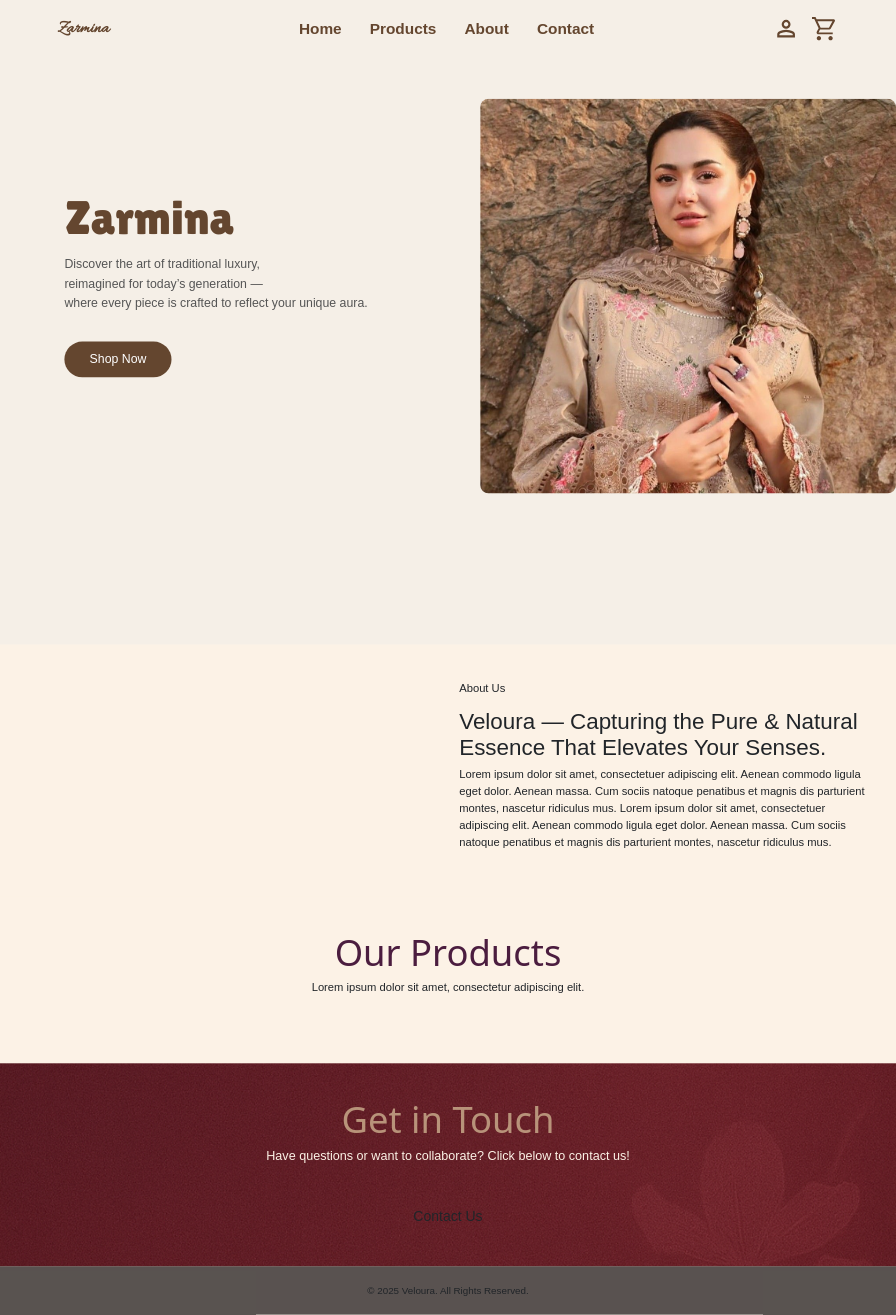
Repository: ayeshatehreem77/Clothing-store
Page: / (app in perfumes-app/)
An editor plug-in stored every save of this project. The page is shown before and after the next save, followed by the edit.
The browser window is 1280 px wide. The pictures show the whole page, at 70% of full size.
Pictures or frames that could not be fetched are drawn as grey boxes. The page's requests for data from a server got no answer. Some web fonts or font styles are not loaded; a fallback is used. The project was rebuilt for these pictures with package versions that can differ from the ones it lists, and the page was loaded fresh each time. No one was signed in, and anything a server would have sent is missing. Also part of the build but not shown: perfumes-app/src/components/Alert.js.

Above is the page before, as saved 2025-10-29 00:23:41.

### perfumes-app/public/index.html
<!DOCTYPE html>
<html lang="en">

<head>
  <meta charset="utf-8" />
  <link rel="icon" href="%PUBLIC_URL%/favicon.ico" />
  <meta name="viewport" content="width=device-width, initial-scale=1" />
  <meta name="theme-color" content="#000000" />
  <meta name="description" content="Web site created using create-react-app" />
  <link rel="apple-touch-icon" href="%PUBLIC_URL%/logo192.png" />
  <!--
      manifest.json provides metadata used when your web app is installed on a
      user's mobile device or desktop. See https://developers.google.com/web/fundamentals/web-app-manifest/
    -->
  <link rel="manifest" href="%PUBLIC_URL%/manifest.json" />

  <title>Zarmina</title>

  <link rel="preconnect" href="https://fonts.googleapis.com">
  <link rel="preconnect" href="https://fonts.gstatic.com" crossorigin>
  <link
    href="https://fonts.googleapis.com/css2?family=Allura&family=Libertinus+Serif+Display&family=Lilita+One&display=swap"
    rel="stylesheet">

</head>

<body>
  <noscript>You need to enable JavaScript to run this app.</noscript>
  <div id="root"></div>
  <!--
      This HTML file is a template.
      If you open it directly in the browser, you will see an empty page.

      You can add webfonts, meta tags, or analytics to this file.
      The build step will place the bundled scripts into the <body> tag.

      To begin the development, run `npm start` or `yarn start`.
      To create a production bundle, use `npm run build` or `yarn build`.
    -->
</body>

</html>

### perfumes-app/src/index.js
import React from 'react';
import ReactDOM from 'react-dom/client';
import './index.css';
import 'bootstrap/dist/css/bootstrap.min.css';
import 'bootstrap/dist/js/bootstrap.bundle.min.js';
import App from './App';
import reportWebVitals from './reportWebVitals';
import { AuthProvider } from './context/AuthContext';

const root = ReactDOM.createRoot(document.getElementById('root'));
root.render(
  <React.StrictMode>
    <AuthProvider>
    <App />
    </AuthProvider>
  </React.StrictMode>
);

// If you want to start measuring performance in your app, pass a function
// to log results (for example: reportWebVitals(console.log))
// or send to an analytics endpoint. Learn more: https://bit.ly/CRA-vitals
reportWebVitals();

### perfumes-app/src/context/AuthContext.js
// src/context/AuthContext.js
import React, { createContext, useState, useEffect } from "react";
import axios from "axios";

export const AuthContext = createContext();

export const AuthProvider = ({ children }) => {
  const [user, setUser] = useState(null);

  // ✅ Fetch user details from backend using token
  const fetchUser = async () => {
    const token = localStorage.getItem("token");
    if (!token) return;

    try {
      const res = await axios.get("http://localhost:4000/auth/user", {
        headers: { Authorization: `Bearer ${token}` },
      });
      setUser(res.data); // { userId, email, role }
    } catch (err) {
      console.error("Failed to fetch user:", err);
      localStorage.removeItem("token");
      setUser(null);
    }
  };

  // ✅ Auto-fetch user on first render (if token exists)
  useEffect(() => {
    fetchUser();
  }, []);

  // ✅ Handle login
  const login = async (email, password) => {
    try {
      const res = await axios.post("http://localhost:4000/auth/login", {
        email,
        password,
      });

      // backend returns { authToken: "..." }
      const token = res.data.authToken;
      if (!token) throw new Error("No token returned");

      localStorage.setItem("token", token);
      await fetchUser(); // instantly update user

      return true; // success
    } catch (err) {
      console.error("Login error:", err.response?.data || err.message);
      throw err.response?.data?.message || "Login failed";
    }
  };

  // ✅ Handle logout
  const logout = () => {
    localStorage.removeItem("token");
    setUser(null);
  };

  return (
    <AuthContext.Provider value={{ user, login, logout, fetchUser }}>
      {children}
    </AuthContext.Provider>
  );
};

### perfumes-app/src/App.css
body {
  font-family: 'Poppins', sans-serif;
  background-color: #FCF2E6;
}

html {
  scroll-behavior: smooth;
}


.veloura-logo {
  font-family: "Allura", cursive;
  font-weight: 400;
  font-style: normal;
  font-size: 25px;
  color: #64462F !important;
}

.navbar {
  background: transparent !important;
}

button.navbar-toggler {
  border: none !important;
}

.navbar-toggler-icon {
  background-image: url("data:[embedded picture, 222 characters]");
}



.nav-link {
  color: #64462F !important;
  font-size: 22px;
  font-weight: 600;
}

.hero-section {
  background-color: #f5efe7;
  min-height: 100vh;
  display: flex;
  flex-direction: column;
  font-family: "Poppins", sans-serif;
}

/* =============== HERO LAYOUT =============== */
.hero-layout {
 display: flex;
    justify-content: center;
    align-items: flex-start;
    width: 100%;
    max-width: 1400px;
    height: 100vh;
    margin: 60px 0;

}

/* ---------- Left Section ---------- */
.hero-left {
    flex: 1 1;
    position: relative;
    margin: 133px 0px 0 92px;
}

.main-image {
  width: 100%;
  height: 564px;
  border-radius: 12px;
  overflow: hidden; /* ✅ ensures image stays inside box */
  position: relative;
  background-color: #93c5fd;
}

/* Make image fill box properly */
.main-image img {
  width: 100%;
  height: 100%;
  object-fit: cover; /* ✅ maintains aspect ratio without stretching */
  object-position: center;
  display: block;
}


.side-handle {
  position: absolute;
  left: -50px;
  bottom: 50%;
  transform: rotate(-90deg);
  font-size: 14px;
  color: #555;
  letter-spacing: 2px;
}

/* ---------- Right Section ---------- */
.hero-right {
  flex: 1;
  display: flex;
  flex-direction: column;
  justify-content: space-between;
  gap: 2rem;
}

/* Text Area */
.hero-text h2 {
  font-size: 1.6rem;
  color: #6c6c6c;
  margin-bottom: 5px;
  letter-spacing: 2px;
}

.hero-text h1 {
  font-family: "Lilita One", sans-serif;
  font-weight: 400;
  font-style: normal;
  font-size: 4.2rem;
  color: #64462F;
  line-height: 1.1;
}

.hero-text p {
  font-size: 1.1rem;
  color: #555;
  margin-top: 15px;
  line-height: 1.6;
}

.shop-btn {
  background-color: #64462F;
  color: white;
  border: none;
  padding: 12px 36px;
  border-radius: 40px;
  font-size: 1.1rem;
  margin-top: 25px;
  cursor: pointer;
  transition: background-color 0.3s ease;
}

.shop-btn:hover {
  background-color: #a3846d;
}

/* Small Image Grid */
.image-grid {
  display: grid;
  grid-template-columns: repeat(2, 1fr);
  gap: 20px;
}

.small-box {
  height: 200px;
  background-color: #93c5fd;
  border-radius: 12px;
}

/* =============== RESPONSIVE DESIGN =============== */
@media (max-width: 992px) {
  .hero-layout {
    flex-direction: column;
    text-align: center;
  }

  .side-handle {
    display: none;
  }

  .hero-text h1 {
    font-size: 3rem;
  }

  .main-image {
    height: 400px;
  }
}


.products-section h2 {
  font-family: "Libertinus Serif Display", system-ui;
  font-weight: 400;
  font-style: normal;
  font-size: 52px;
  color: #4B1D3F;
}

.product-card {
  transition: all 0.3s ease-in-out;
  border-radius: 10px;
  background: transparent;
}

.card-img {
  border-radius: 10px;
  /* background: #FCF2E6; */
  background: #4B1D3F;
}

.product-card:hover {
  transform: translateY(-5px);
}

.card-text,
.card-title {
  font-size: 23px;
  color: #4B1D3F;
}

/* about us */

.aboutus {
  display: grid;
  grid-template-columns: 1fr 1fr;
  gap: 2rem;
  align-items: center;
  padding: 2rem;
  background: #FCF2E6;
}

.right-section video {
  width: 70%;
  max-height: 80vh;
  height: 100%;
  object-fit: cover;
  display: block;
}

/* product details */


.modal-header p {
  font-size: 14px;
  color: #451b277a;
}

.product-img {
  width: 100%;
  border-radius: 10px;
}

.product-title {
  font-family: "Libertinus Serif Display", system-ui;
  font-weight: 400;
  font-style: normal;
  font-size: 36px;
  color: #4B1D3F;
}



.modal-content {
  background: #FCF2E6 !important;
  margin: auto !important;
  height: 98vh;
  overflow: hidden;
}

.breadcrumb-item a {
  text-decoration: none !important;
  color: black !important;
}

.modal-dialog {
  max-width: 900px;
  display: flex;
  align-items: center;
  justify-content: center;
  min-height: calc(100vh - 2rem); /* keeps it centered */
}

/* Optional - pretty scrollbar inside modal */
.modal-content::-webkit-scrollbar {
  width: 8px;
}
.modal-content::-webkit-scrollbar-thumb {
  background: #d4b191;
  border-radius: 10px;
}
.modal-content::-webkit-scrollbar-thumb:hover {
  background: #b8937a;
}

.modal-body {
  padding: 2rem !important;
}

.gender,
.concentration {
  background-color: #D4B191;
  border-radius: 21%;
  padding: 6px 11px;
  margin-bottom: 5px;
}

.add-cart-btn {
  margin-top: 1rem;
  background-color: #D4B191;
  padding: 10px 25px;
  color: #451B27;
  font-weight: 600;
}

.product-detail {
  margin-top: 0;
  margin-bottom: 1rem;
  font-size: 13px;
  color: #8b745e;
}

.btn-close:focus {
  box-shadow: none !important;
  outline: none !important;
}

/* contact us */

.contact-us {
  background-image: url("Assets/contactus2-bg.png");
  background-position: center;
  background-repeat: no-repeat;
  background-size: cover;
}

.contact-section h2 {
  font-family: "Libertinus Serif Display", system-ui;
  font-weight: 400;
  font-style: normal;
  font-size: 52px;
  color: #b8937a;
  text-align: center;
}

.contact-section p {
  font-size: 18px;
  color: #FCF2E6;
  /* accent purple */
  margin-bottom: 3rem;
  text-align: center;
}

.contact-form {
  max-width: 600px;
  margin: 0 auto;
  display: grid;
  gap: 1.5rem;
}

.contact-form input,
.contact-form textarea {
  padding: 1rem 1.2rem;
  border: 2px solid #D4B191;
  /* brand pink/gold */
  border-radius: 10px;
  font-size: 16px;
  width: 100%;
  outline: none;
  transition: border 0.3s, box-shadow 0.3s;
}

.contact-form input:focus,
.contact-form textarea:focus {
  border-color: #5E1E27;
  /* pink highlight */
  box-shadow: 0 0 10px rgba(252, 65, 90, 0.2);
}

.contact-form button {
  background-color: #D4B191;
  color: #451B27;
  padding: 1rem 2.5rem;
  font-size: 18px;
  font-weight: 600;
  border: none;
  border-radius: 10px;
  cursor: pointer;
  transition: transform 0.3s, background 0.3s;
}

.contact-form button:hover {
  background-color: #5E1E27;
  color: #fff;
  transform: scale(1.05);
}

/* Responsive */
@media (max-width: 768px) {
  .contact-form {
    gap: 1rem;
  }

  .contact-section h2 {
    font-size: 36px;
  }

  .contact-section p {
    font-size: 16px;
  }
}

/* Copyright */

footer {
  position: relative;
  bottom: 0;
  width: 100%;
  background-color: #0b0708ac;
}

/* login modal */

.auth-modal-content {
  background-color: #fdf7f2 !important;
  border-radius: 16px;
  border: none;
  box-shadow: 0 4px 20px rgba(0, 0, 0, 0.1);
  height: 90vh !important;
  width: 70%;
}

.auth-title {
  color: #4c0d23;
  font-weight: 700;
}

.auth-login-btn {
  background-color: #4c0d23;
  color: #fff;
  border-radius: 12px;
  transition: background-color 0.3s ease;
}

.auth-login-btn:hover {
  background-color: #300818;
}

.auth-signup-btn {
  border: 2px solid #b8860b;
  color: #b8860b;
  border-radius: 12px;
  background-color: transparent;
  transition: all 0.3s ease;
}

.auth-signup-btn:hover {
  background-color: #b8860b;
  color: #fff;
}

.auth-forgot-link {
  color: #4c0d23;
  text-decoration: none;
  font-weight: 500;
}

.auth-forgot-link:hover {
  text-decoration: underline;
}

.authfade-enter {
  opacity: 0;
  transform: translateY(10px);
}
.authfade-enter-active {
  opacity: 1;
  transform: translateY(0);
  transition: opacity 300ms ease, transform 300ms ease;
}
.authfade-exit {
  opacity: 1;
  transform: translateY(0);
}
.authfade-exit-active {
  opacity: 0;
  transform: translateY(-10px);
  transition: opacity 300ms ease, transform 300ms ease;
}

### perfumes-app/src/components/Aboutus.js
import React, { useEffect, useRef } from 'react';

function Aboutus() {
  const videoRef = useRef(null);

  useEffect(() => {
    if (videoRef.current) {
      const playPromise = videoRef.current.play();
      if (playPromise !== undefined) {
        playPromise.catch((error) => {
          console.log("Autoplay prevented:", error);
        });
      }
    }
  }, []);

  return (
    <div id='about' className="aboutus" style={{  }}>
      <div className="right-section">
        <video
          ref={videoRef}
          autoPlay
          muted
          loop
          playsInline
          style={{ width: "100%", height: "auto", borderRadius: "12px", objectFit: "cover" }}
        >
          <source src="/assets/aboutusvideo.mp4" type="video/mp4" />
          Your browser does not support the video tag.
        </video>
      </div>
      <div className="left-section">
        <p>About Us</p>
        <h2>
          Veloura — Capturing the Pure & Natural Essence That Elevates Your Senses.
        </h2>
        <p>Lorem ipsum dolor sit amet, consectetuer adipiscing elit. Aenean commodo ligula eget dolor. Aenean massa. Cum sociis natoque penatibus et magnis dis parturient montes, nascetur ridiculus mus. Lorem ipsum dolor sit amet, consectetuer adipiscing elit. Aenean commodo ligula eget dolor. Aenean massa. Cum sociis natoque penatibus et magnis dis parturient montes, nascetur ridiculus mus. </p>
      </div>
    </div>
  );
}

export default Aboutus;

### perfumes-app/src/components/ContactForm.js
import React from 'react'

function ContactForm() {
  return (
    <div className='contact-us align-center text-center'>
        <div className='contact-section pt-5'>
      <h2>
        Get in Touch
      </h2>
      <p>
        Have questions or want to collaborate? Click below to contact us!
      </p>
        </div>
      <button
        type="button"
        className="btn btn-lg shopnow-btn mb-5 mt-0"
        data-bs-toggle="modal"
        data-bs-target="#contactModal"
      >
        Contact Us
      </button>
    </div>
  )
}

export default ContactForm

### perfumes-app/src/components/Footer.js
import React from "react";

function Footer() {
  const year = new Date().getFullYear();

  return (
    <footer
      className="text-center py-4"
    >
      <p style={{ margin: 0, fontSize: "14px" }}>
        &copy; {year} Veloura. All Rights Reserved.
      </p>
    </footer>
  );
}

export default Footer;

### perfumes-app/src/components/Hero.js
import React from "react";
import Navbar from "./Navbar";

function Hero() {
  return (
    <div className="hero-section">
      <Navbar />

      <div className="hero-layout">
        {/* Left Main Image Box */}
        <div className="hero-left">
          <div className="hero-text">
            <h1>Zarmina</h1>
            <p>
              Discover the art of traditional luxury, <br/> reimagined for today’s generation — <br/> where every piece is crafted to reflect your unique aura.
            </p>
            <button className="shop-btn">Shop Now</button>
          </div>
        </div>

        {/* Right Side Content */}
        <div className="hero-right">
          <div className="main-image">
            <img src="assets/hero-img1.jpg" alt="" />
          </div>
        </div>
      </div>
    </div>
  );
}

export default Hero;

### perfumes-app/src/components/Products.js
import React, { useEffect, useState } from "react";

function Products({ setSelectedProduct }) {
  const [products, setProducts] = useState([]);
  const [loading, setLoading] = useState(true);

  useEffect(() => {
    const fetchProducts = async () => {
      try {
        const res = await fetch("http://localhost:4000/products");
        const data = await res.json();
        setProducts(data.data || data);
      } catch (error) {
        console.error("Failed to fetch products:", error);
      } finally {
        setLoading(false);
      }
    };

    fetchProducts();
  }, []);

  if (loading) return <p className="text-center">Loading products...</p>;

  return (
    <div id="products" className="products-section py-5">
      <div className="container w-75">
        <div className="product-text text-center mb-5">
          <h2>Our Products</h2>
          <p className="mx-5 mb-5">
            Lorem ipsum dolor sit amet, consectetur adipiscing elit.
          </p>
        </div>

        <div className="row">
          {products.map((product) => (
            <div className="col-md-4 mb-4" key={product._id}>
              <div
                className="card border-0 product-card h-100"
                data-bs-toggle="modal"
                data-bs-target="#productsDetails"
                onClick={() => setSelectedProduct(product)}
              >
                <img
                  src={`http://localhost:4000${product.images?.[0]?.url}`}
                  className="card-img card-img-top"
                  alt={product.name}
                />
                <div className="card-body text-center">
                  <h5 className="card-title">{product.name}</h5>
                  <p className="card-text">${product.price}</p>
                </div>
              </div>
            </div>
          ))}
        </div>
      </div>
    </div>
  );
}

export default Products;

### perfumes-app/src/components/Navbar.js
import React, { useContext } from "react";
import { AuthContext } from "../context/AuthContext";

function Navbar() {
  const { user, logout } = useContext(AuthContext);

  return (
    <nav className="navbar navbar-expand-lg py-3">
      <div className="container d-flex justify-content-between align-items-center">
        <a className="navbar-brand fw-bold veloura-logo" href="/">
          Zarmina
        </a>

        <ul className="navbar-nav mx-auto d-lg-flex flex-row gap-4">
          <li className="nav-item"><a className="nav-link" href="/">Home</a></li>
          <li className="nav-item"><a className="nav-link" href="#products">Products</a></li>
          <li className="nav-item"><a className="nav-link" href="#about">About</a></li>
          <li className="nav-item">
            <a className="nav-link" href="/" data-bs-toggle="modal" data-bs-target="#contactModal">Contact</a>
          </li>
        </ul>

        <div className="d-none d-lg-flex align-items-center gap-3">
            <a
              className="nav-link p-0"
              href="#"
              data-bs-toggle="modal"
              data-bs-target="#authModal"
            >
              <svg xmlns="http://www.w3.org/2000/svg" height="38px" viewBox="0 -960 960 960" width="38px" fill="#64462F"><path d="M480-480q-66 0-113-47t-47-113q0-66 47-113t113-47q66 0 113 47t47 113q0 66-47 113t-113 47ZM160-160v-112q0-34 17.5-62.5T224-378q62-31 126-46.5T480-440q66 0 130 15.5T736-378q29 15 46.5 43.5T800-272v112H160Zm80-80h480v-32q0-11-5.5-20T700-306q-54-27-109-40.5T480-360q-56 0-111 13.5T260-306q-9 5-14.5 14t-5.5 20v32Zm240-320q33 0 56.5-23.5T560-640q0-33-23.5-56.5T480-720q-33 0-56.5 23.5T400-640q0 33 23.5 56.5T480-560Zm0-80Zm0 400Z" /></svg>
            </a>

          <a
            href="#"
            className="nav-link"
            data-bs-toggle="modal"
            data-bs-target="#cartModal"
          >
            <svg xmlns="http://www.w3.org/2000/svg" height="40px" viewBox="0 -960 960 960" width="40px" fill="#64462F"><path d="M284.53-80.67q-30.86 0-52.7-21.97Q210-124.62 210-155.47q0-30.86 21.98-52.7Q253.95-230 284.81-230t52.69 21.98q21.83 21.97 21.83 52.83t-21.97 52.69q-21.98 21.83-52.83 21.83Zm400 0q-30.86 0-52.7-21.97Q610-124.62 610-155.47q0-30.86 21.98-52.7Q653.95-230 684.81-230t52.69 21.98q21.83 21.97 21.83 52.83t-21.97 52.69q-21.98 21.83-52.83 21.83ZM238.67-734 344-515.33h285.33l120-218.67H238.67ZM206-800.67h589.38q22.98 0 34.97 20.84 11.98 20.83.32 41.83L693.33-490.67q-11 19.34-28.87 30.67-17.87 11.33-39.13 11.33H324l-52 96h487.33V-286H278q-43 0-63-31.83-20-31.84-.33-68.17l60.66-111.33-149.33-316H47.33V-880h121.34L206-800.67Zm138 285.34h285.33H344Z"/></svg>
          </a>
        </div>
      </div>
    </nav>
  );
}

export default Navbar;

Loaded but not shown: perfumes-app/src/index.css (common file); perfumes-app/src/reportWebVitals.js (common file); perfumes-app/src/components/Login.js (294 lines, source omitted); perfumes-app/src/components/ProductsDetails.js (160 lines, source omitted); perfumes-app/src/components/AddToCart.js (158 lines, source omitted); perfumes-app/src/components/ContactModal.js (121 lines, source omitted); perfumes-app/src/App.js (116 lines, source omitted)

After the next save:
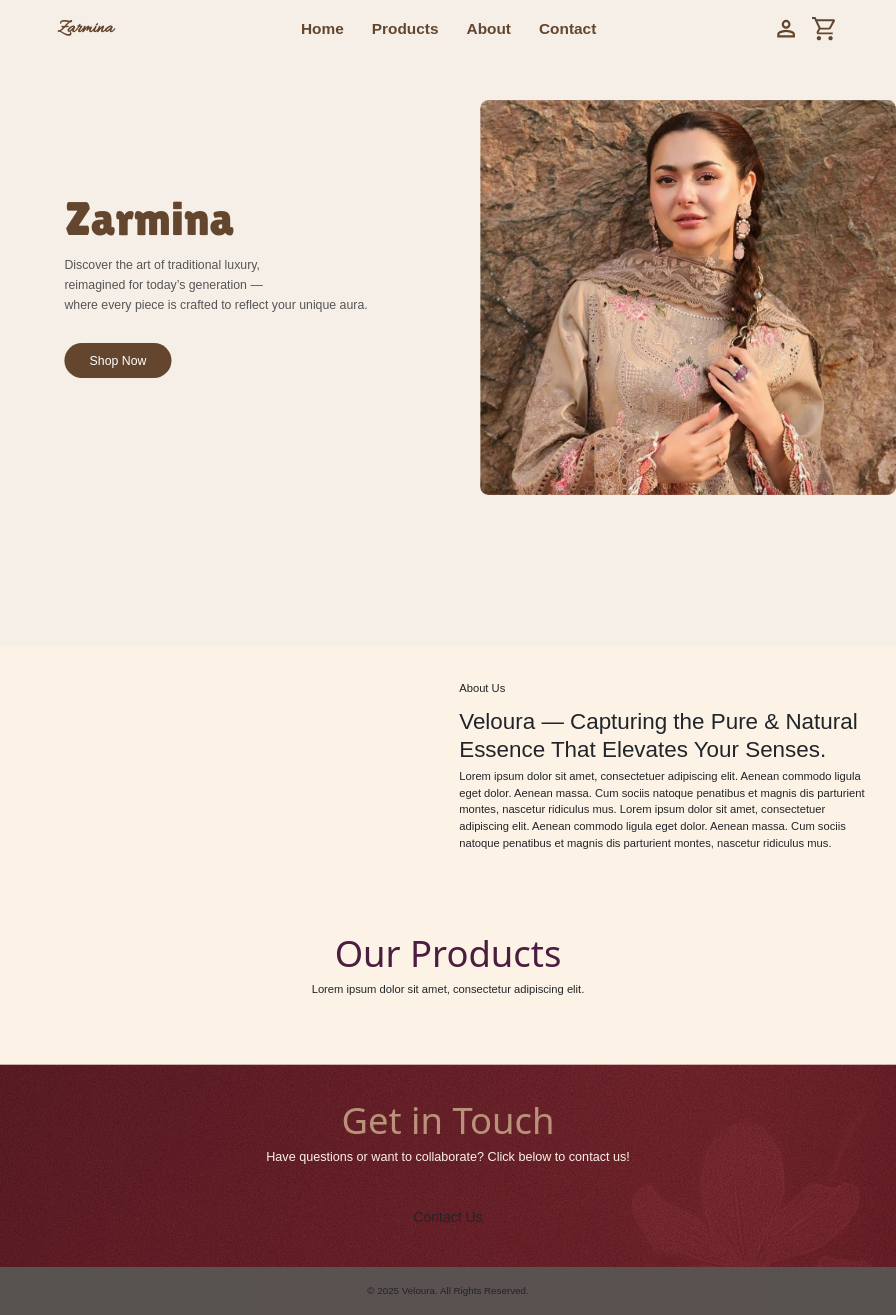
Saved 23 s later.
--- a/perfumes-app/src/App.css
+++ b/perfumes-app/src/App.css
@@ -12,7 +12,7 @@ html {
   font-family: "Allura", cursive;
   font-weight: 400;
   font-style: normal;
-  font-size: 25px;
+  font-size: 27px;
   color: #64462F !important;
 }
 
